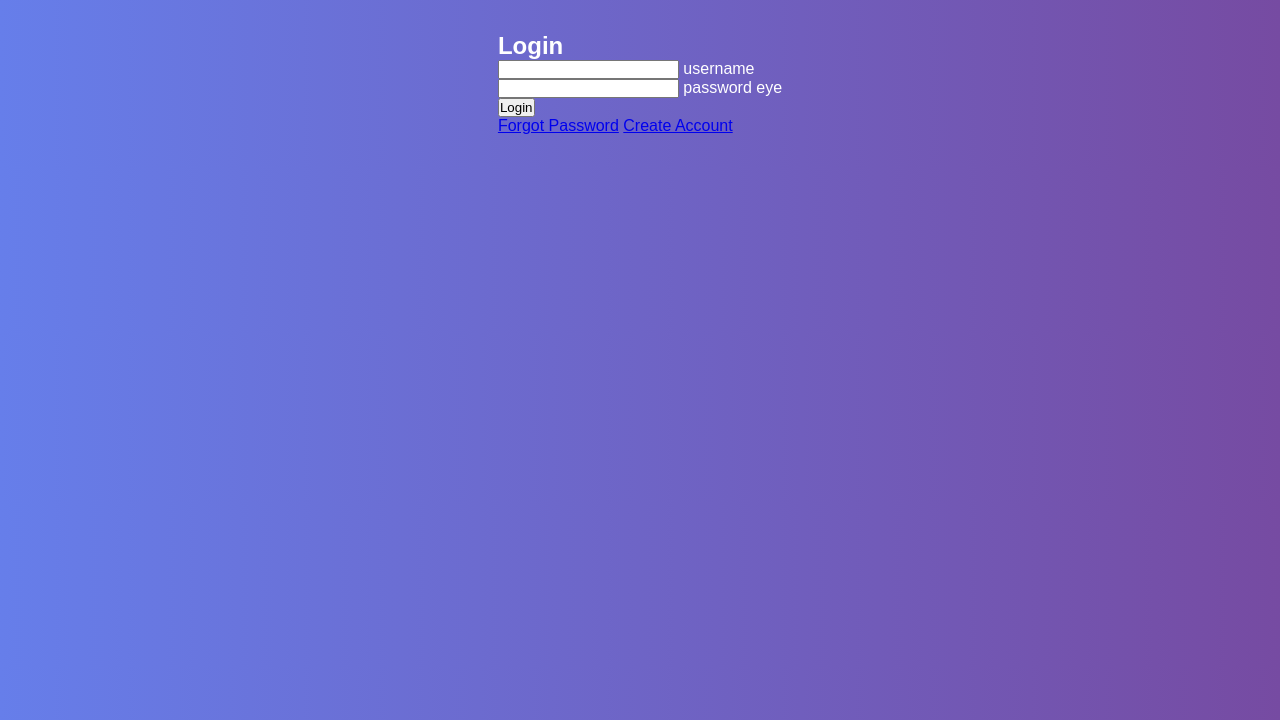
Repository: wingming07/Agro_mart
Page: login/login.html
An editor plug-in stored every save of this project. The page is shown before and after a run of saves, followed by the edit.
The browser window is 1280 px wide. The pictures show the whole page.

Above is the page before, as saved 2025-06-10 17:12:57.

### login/login.html
<!DOCTYPE html>
<html lang="en">
<head>
    <meta charset="UTF-8">
    <meta name="viewport" content="width=device-width, initial-scale=1.0">
    <title>AgroMart-login</title>
    <link rel="stylesheet" href="style.css">
</head>
<body>
    <div class="login-container">
        <form class="login-form" onsubmit="return validateLogin()">
            <h2>Login</h2>
                <div class="input-group">
                    <input type="text" id="username" required>
                    <label for="username">username</label>
                </div>
                <div class="input-group">
                    <input type="password" id="password" required>
                    <label for="password">password</label>
                <span class="toggle-password" onclick="togglepassword()">eye</span>
                </div>
                <button type="submit">Login</button>
                <div class+="extra-options">
                    <a href="#">Forgot Password</a>
                        <a href="#">Create Account</a>
                </div>
        </form>
    </div>
    <script src="script.js"></script>
</body>
</html>

### login/style.css
@import url('https://fonts.googleapis.com/css2? family=poppins:wght@400;600&display=swap');
*{
    margin:0;
    padding:0;
    box-sizing: border-box;
    font-family: sans-serif;
}
body{
    background: linear-gradient(to right, #667eea,#764ba2);
    height: 100%;
    display: flex;
    justify-content: center;
    align-items: center;
}
.login-container{
    color:white;
    padding: 2rem 3rem;
    border-radius: 15px;
    box-shadow: 0 20px 40px rgba(0,0,0,);

}

Loaded but not shown: login/script.js (no copy from this time; the picture is the same without it)

After the next 2 saves:
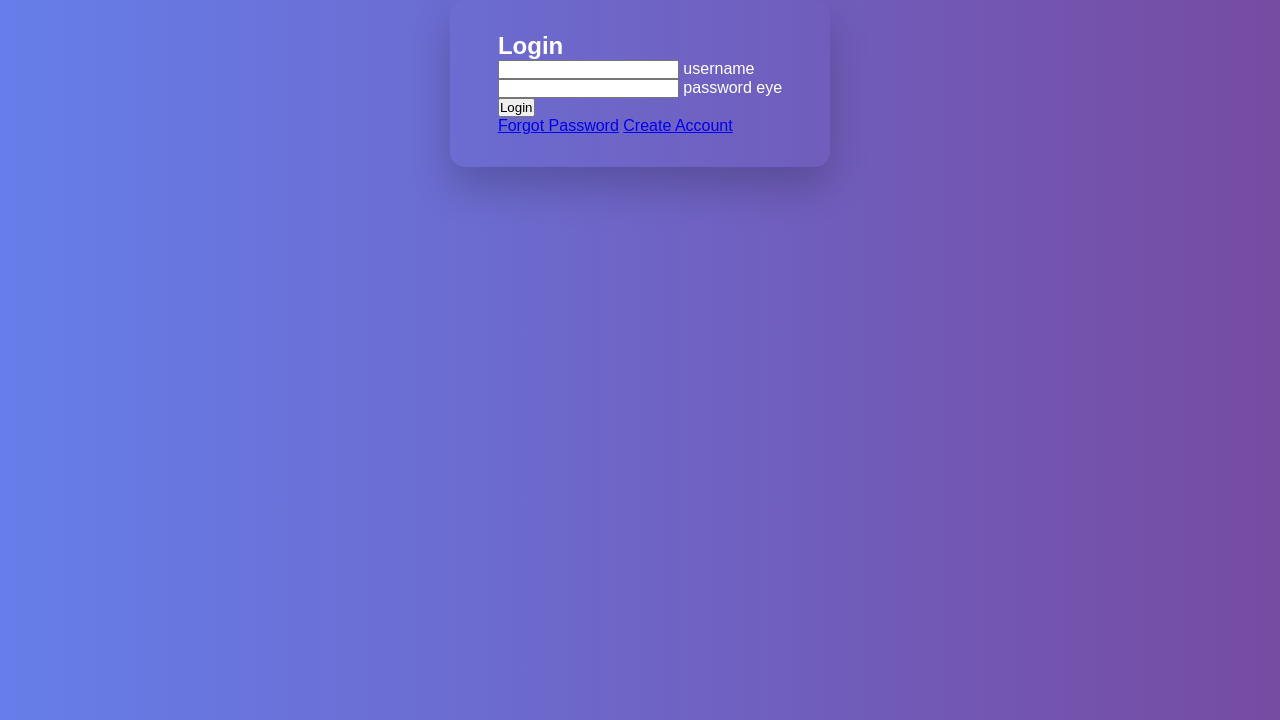
The 2 saves are shown as one change because they came seconds apart.
The last was saved 5 s later.
--- a/login/style.css
+++ b/login/style.css
@@ -16,6 +16,6 @@ body{
     color:white;
     padding: 2rem 3rem;
     border-radius: 15px;
-    box-shadow: 0 20px 40px rgba(0,0,0,);
+    box-shadow: 0 20px 40px rgba(0,0,0,0.2);
 
 }
